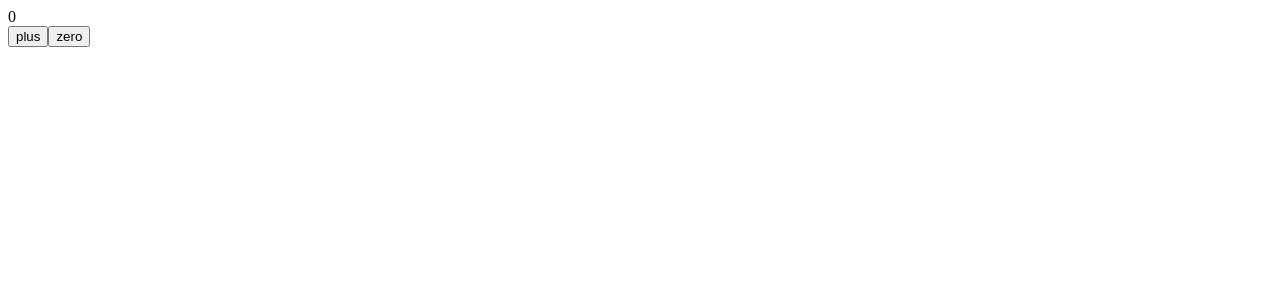
Repository: LordThiouk/part1
Page: /
An editor plug-in stored every save of this project. The page is shown before and after the next save, followed by the edit.
The browser window is 1280 px wide. The pictures show the whole page.
The project was rebuilt for these pictures with package versions that can differ from the ones it lists, and the page was loaded fresh each time. Also part of the build but not shown: vite.config.js.

Above is the page before, as saved 2023-09-15 05:49:31.

After the next save:
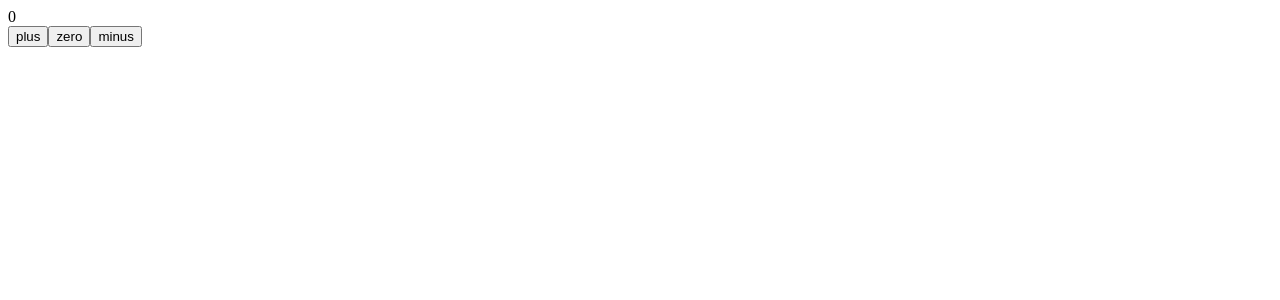
Saved 44 s later.
--- a/src/App.jsx
+++ b/src/App.jsx
@@ -5,17 +5,23 @@
 
   const [ counter, setCounter ] = useState(0)
   const increaseByOne = () => setCounter(counter + 1)
-
+  const decreaseByOne = () => setCounter(counter - 1)
   const setToZero = () => setCounter(0)
   return (
     <div>
       <Display counter={counter}/>
-      <button onClick={increaseByOne}>
-        plus
-      </button>
-      <button onClick={setToZero}>
-        zero
-      </button>
+      <Button
+        handleClick={increaseByOne}
+        text='plus'
+      />
+      <Button
+        handleClick={setToZero}
+        text='zero'
+      />
+      <Button
+        handleClick={decreaseByOne}
+        text='minus'
+      />
     </div>
   )
 }
